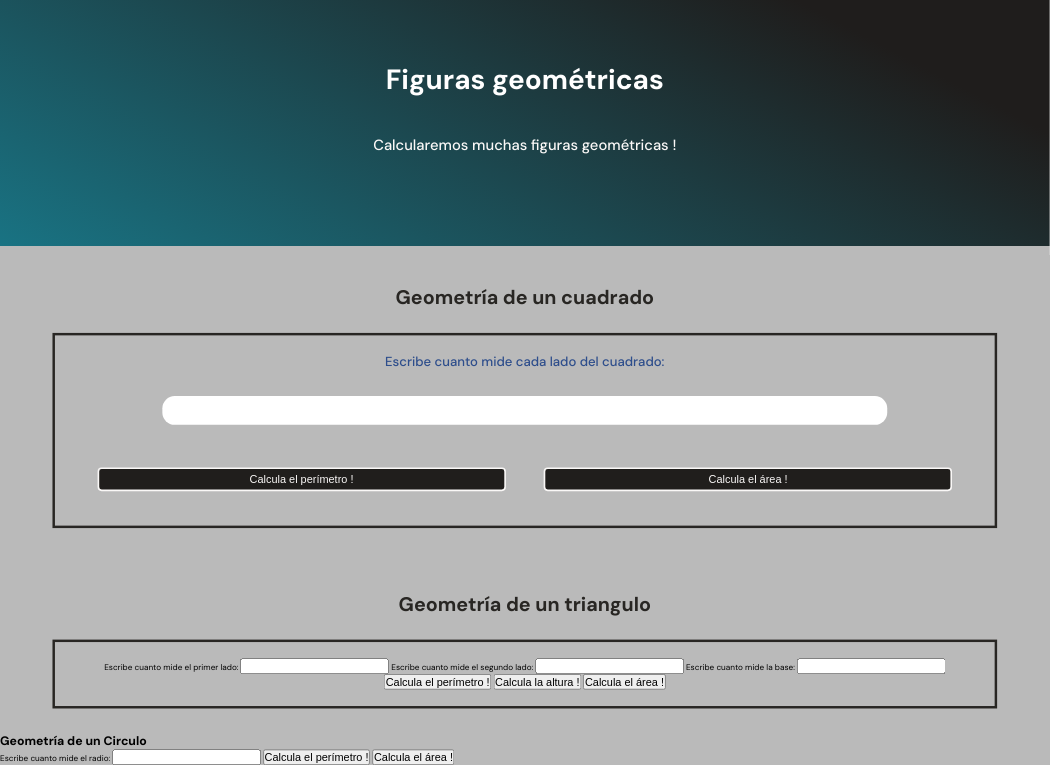
Repository: ChristianGecchelin/javascript-project
Page: javascript-project/figuras-geometricas/figuras.html
These files come from the project's save history. The page is drawn as it stood at one moment and after the next save; the edit follows.
The browser window is 1280 px wide. The pictures show the whole page, at 82% of full size.

Above is the page before, as saved 2021-12-02 00:03:11.

After the next save:
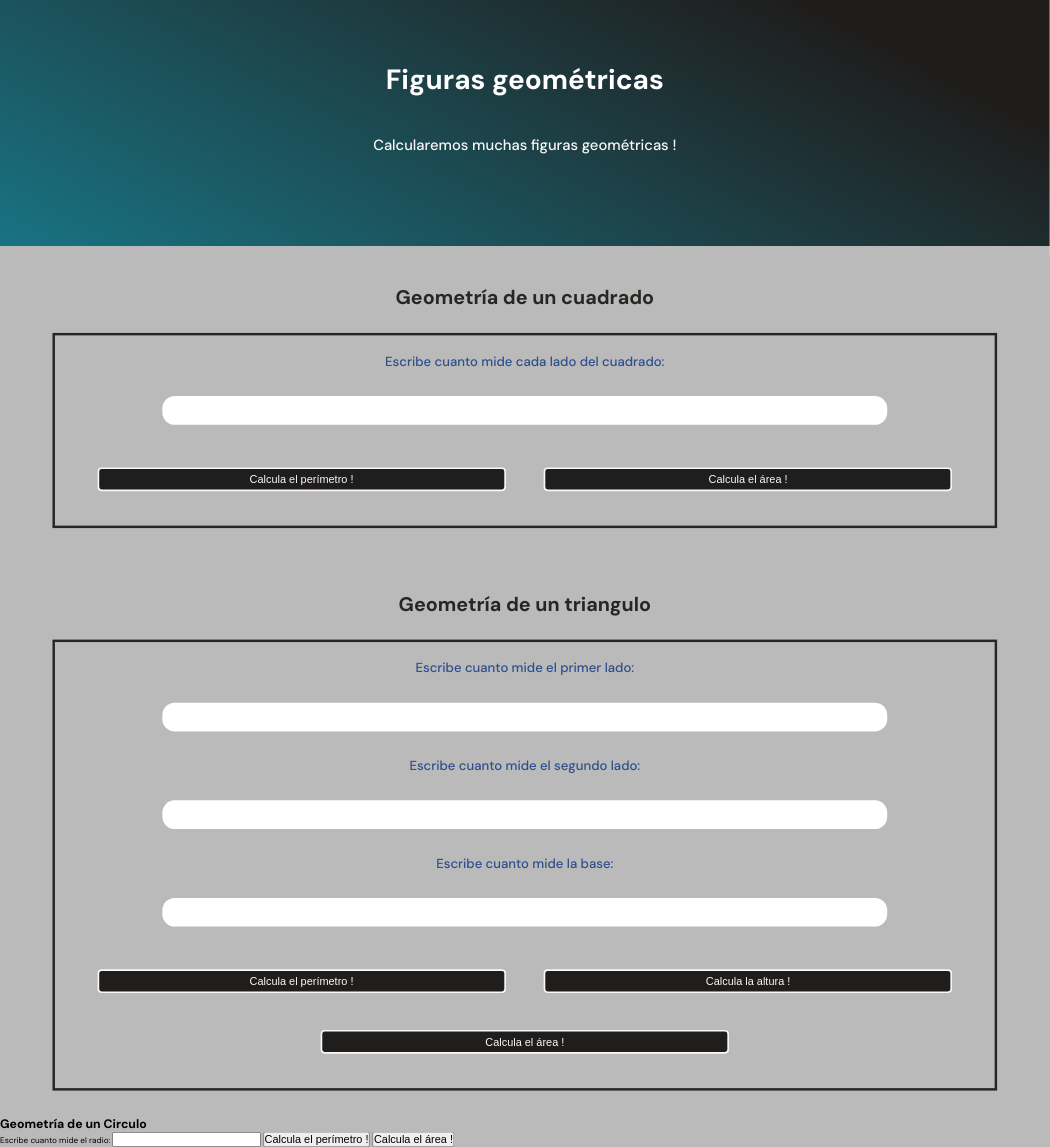
Saved 79 s later.
--- a/javascript-project/figuras-geometricas/figuras.html
+++ b/javascript-project/figuras-geometricas/figuras.html
@@ -55,19 +55,37 @@
         </h2>
         <div class="main-calculadora-form-contenedor">
           <form action="">
-            <label for="">Escribe cuanto mide el primer lado:</label>
-            <input type="number" id="inputLado1" />
-            <label for="">Escribe cuanto mide el segundo lado:</label>
-            <input type="number" id="inputLado2" />
-            <label for="">Escribe cuanto mide la base:</label>
-            <input type="number" id="inputBase" />
-            <button type="button" onclick="calcularPerimetroTriangulo()">
+            <label class="form--label-input" for=""
+              >Escribe cuanto mide el primer lado:</label
+            >
+            <input class="form--input" type="number" id="inputLado1" />
+            <label class="form--label-input" for=""
+              >Escribe cuanto mide el segundo lado:</label
+            >
+            <input class="form--input" type="number" id="inputLado2" />
+            <label class="form--label-input" for=""
+              >Escribe cuanto mide la base:</label
+            >
+            <input class="form--input" type="number" id="inputBase" />
+            <button
+              class="form--input-boton"
+              type="button"
+              onclick="calcularPerimetroTriangulo()"
+            >
               Calcula el perímetro !
             </button>
-            <button type="button" onclick="calcularAlturaTriangulo()">
+            <button
+              class="form--input-boton"
+              type="button"
+              onclick="calcularAlturaTriangulo()"
+            >
               Calcula la altura !
             </button>
-            <button type="button" onclick="calcularAreaTriangulo()">
+            <button
+              class="form--input-boton"
+              type="button"
+              onclick="calcularAreaTriangulo()"
+            >
               Calcula el área !
             </button>
             <!-- type button, para quitarle el submit por defecto y que no me redireccione a ningun lado -->
